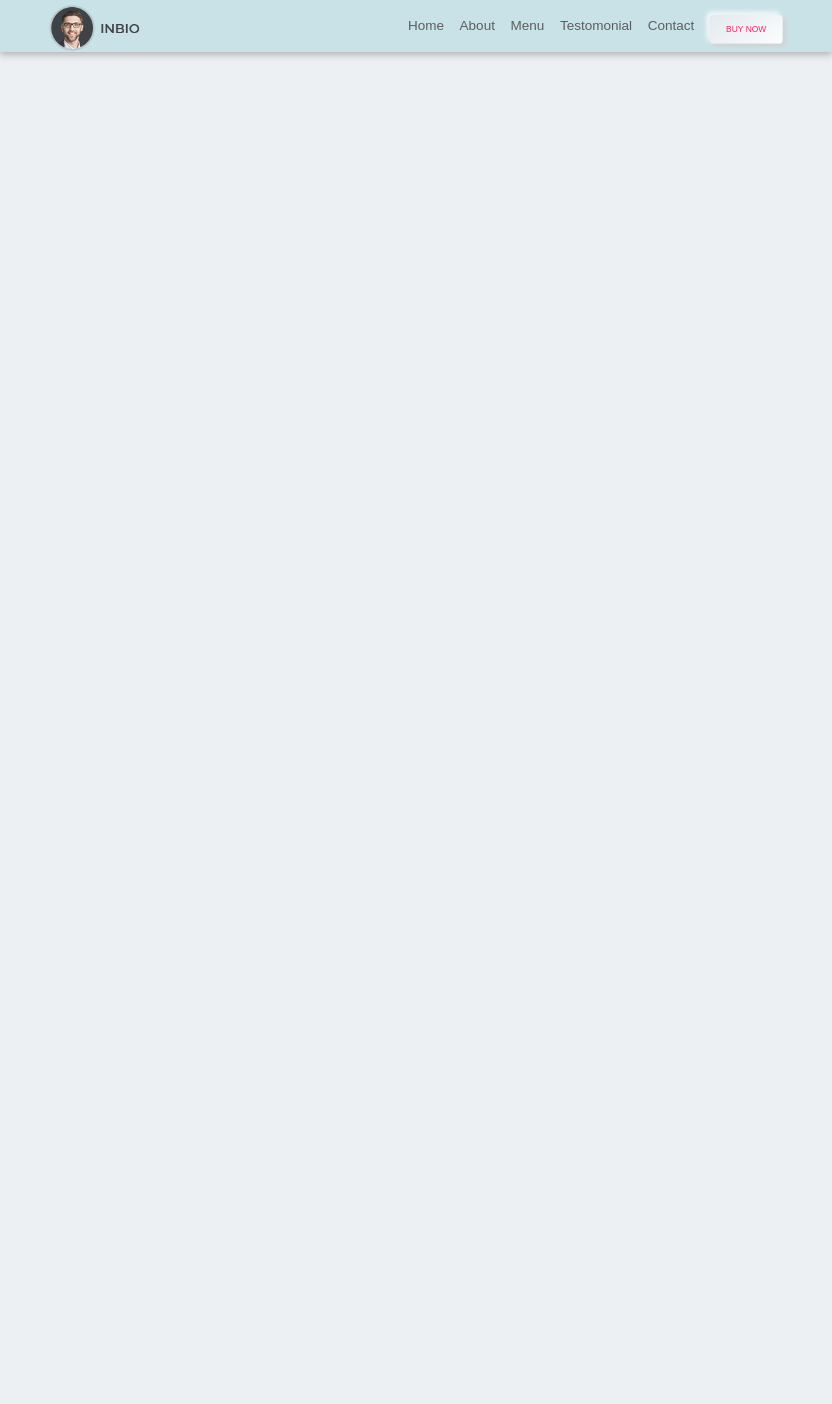
Repository: Sanjayjangra88/PortFolio
Page: /
These files come from the project's save history. The page is drawn as it stood at one moment and after the next save; the edit follows.
The browser window is 1280 px wide. The pictures show the whole page, at 65% of full size.
Some web libraries are served in a nearby version. The project was rebuilt for these pictures with package versions that can differ from the ones it lists, and the page was loaded fresh each time. Imported but missing from the stored project, and not drawn on this page: src/Components/Header/Navbar.

Above is the page before, as saved 2022-09-10 17:50:41.

### public/index.html
<!DOCTYPE html>
<html lang="en">
  <head>
    <meta charset="utf-8" />
    <link rel="icon" href="%PUBLIC_URL%/favicon.ico" />
    <meta name="viewport" content="width=device-width, initial-scale=1" />
    <meta name="theme-color" content="#000000" />
    <meta
      name="description"
      content="Web site created using create-react-app"
    />
    <link rel="apple-touch-icon" href="%PUBLIC_URL%/logo192.png" />
    <!--
      manifest.json provides metadata used when your web app is installed on a
      user's mobile device or desktop. See https://developers.google.com/web/fundamentals/web-app-manifest/
    -->
    <link rel="manifest" href="%PUBLIC_URL%/manifest.json" />
    <link rel="stylesheet" href="https://cdnjs.cloudflare.com/ajax/libs/font-awesome/6.1.1/css/all.min.css" integrity="sha512-KfkfwYDsLkIlwQp6LFnl8zNdLGxu9YAA1QvwINks4PhcElQSvqcyVLLD9aMhXd13uQjoXtEKNosOWaZqXgel0g==" crossorigin="anonymous" referrerpolicy="no-referrer" />

    <!--
      Notice the use of %PUBLIC_URL% in the tags above.
      It will be replaced with the URL of the `public` folder during the build.
      Only files inside the `public` folder can be referenced from the HTML.

      Unlike "/favicon.ico" or "favicon.ico", "%PUBLIC_URL%/favicon.ico" will
      work correctly both with client-side routing and a non-root public URL.
      Learn how to configure a non-root public URL by running `npm run build`.
    -->

    <link rel="manifest" href="%PUBLIC_URL%/manifest.json" />
    <link href="https://cdn.jsdelivr.net/npm/bootstrap@5.0.2/dist/css/bootstrap.min.css" rel="stylesheet" integrity="sha384-EVSTQN3/azprG1Anm3QDgpJLIm9Nao0Yz1ztcQTwFspd3yD65VohhpuuCOmLASjC" crossorigin="anonymous">
    <title>React App</title>
  </head>
  <body>
    <noscript>You need to enable JavaScript to run this app.</noscript>
    <div id="root"></div>
    <script src="https://kit.fontawesome.com/7578c5a215.js" crossorigin="anonymous"></script>
    <!--
      This HTML file is a template.
      If you open it directly in the browser, you will see an empty page.

      You can add webfonts, meta tags, or analytics to this file.
      The build step will place the bundled scripts into the <body> tag.

      To begin the development, run `npm start` or `yarn start`.
      To create a production bundle, use `npm run build` or `yarn build`.
    -->

    <script src="https://cdn.jsdelivr.net/npm/@popperjs/core@2.9.2/dist/umd/popper.min.js" integrity="sha384-IQsoLXl5PILFhosVNubq5LC7Qb9DXgDA9i+tQ8Zj3iwWAwPtgFTxbJ8NT4GN1R8p" crossorigin="anonymous"></script>
<script src="https://cdn.jsdelivr.net/npm/bootstrap@5.0.2/dist/js/bootstrap.min.js" integrity="sha384-cVKIPhGWiC2Al4u+LWgxfKTRIcfu0JTxR+EQDz/bgldoEyl4H0zUF0QKbrJ0EcQF" crossorigin="anonymous"></script>
  </body>
</html>

### src/App.js
import React from 'react'
import Header from './Components/Header/Header';
import "./App.css"

import Navbar from './Components/Header/Navbar';

const App = () => {
  return (
    <>
      <Header/>
      {/* <Navbar/> */}
    </>
  )
}

export default App

### src/Components/Header/Header.jsx
import React, { useState } from "react"
import "./header.css"
import logo from "../Pic/logo.png"

const Header = () => {
return (
    <>
      {/* <header className='header'>
        <div className='container d_flex'>
          <div className='logo'>
            <img src={logo} alt='' />
          </div>

          <div className='navlink'>
            <ul className="nav-links-mobile">
              <li>
                <a href='#home'>home</a>
              </li>
              <li>
                <a href='#features'>features</a>
              </li>
              <li>
                <a href='#portfolio'>portfolio</a>
              </li>
              <li>
                <a href='#resume'>resume</a>
              </li>
              <li>
                <a href='#clients'>clients</a>
              </li>
              <li>
                <a href='#blog'>blog</a>
              </li>
              <li>
                <a href='#contact'>contact</a>
              </li>
              <li>
                <button className='home-btn'>BUY NOW</button>
              </li>
            </ul>


          </div>
        </div>
      </header> */}
        <nav className='navbar'>
        <div className='navbar-container container'>
            <input type="checkbox"name=""id=""/>
            <div className="hamburger-lines">
                <span className='line line1'></span>
                <span className='line line2'></span>
                <span className='line line3'></span>
            </div>
            <ul className='menu-items'>
                <li><a href='#'>Home</a></li>
                <li><a href='#'>About</a></li>
                <li><a href='#'>Menu</a></li>
                <li><a href='#'>Testomonial</a></li>
                <li><a href='#'>Contact</a></li>
                <li><button className='home-btn'>BUY NOW</button></li>

            </ul>
            <h1 className='logo'><img src={logo} alt='my' /></h1>

        </div>
        </nav>
      <section className="demo"></section>
    </>
  )
}

export default Header

### src/App.css
@import url('https://fonts.googleapis.com/css2?family=Dancing+Script&family=EB+Garamond:ital,wght@1,500&family=Roboto+Slab:wght@300&display=swap');
* {
  padding: 0;
  margin: 0;
  box-sizing: border-box;
}
html {
  scroll-behavior: smooth;
}
body {
  font-family: "Poppins", sans-serif;
  background-color: #ecf0f3;
}
.container {
  max-width: 95%;
  margin: auto;
}
.d_flex {
  display: flex;
  justify-content: space-between;
}
.f_flex {
  display: flex;
}
a {
  text-decoration: none;
  color: black;
}
li {
  list-style: none;
}
.uppercase {
  text-transform: uppercase;
}
.capitalize {
  text-transform: capitalize;
}

button {
  border: none;
  outline: none;
  background-color: none;
}

.btn_shadow {
  padding: 18px 25px;
  border-radius: 6px;
  transition: 0.3s all ease;
  cursor: pointer;
  color: #000;
  transition: 0.5s;
}
.btn_shadow {
  background: linear-gradient(145deg, #e2e8ec, #ffffff);
  box-shadow: 4px 4px 8px #cbcbcb, -4px -4px 8px #ffffff;
}
.btn_shadow:hover {
  background: #ff014f;
  color: white;
  transform: translateY(-10px);
}
.box_shodow {
  background: linear-gradient(145deg, #e2e8ec, #ffffff);
  box-shadow: 4px 4px 8px #cbcbcb, -4px -4px 8px #ffffff;
  border-radius: 10px;
}
.row,
.left,
.right {
  width: 50%;
}
.top {
  margin-top: 80px;
}
.mtop {
  margin-top: 40px;
}
.heading {
  margin: 50px 0 50px 0;
}
.heading h4 {
  color: #ff014f;
  letter-spacing: 2px;
  font-weight: 400;
}
.heading h1 {
  font-size: 60px;
  color: #3c3e41;
}
h1 {
  color: #3c3e41;
}
.grid {
  display: grid;
  grid-template-columns: repeat(3, 1fr);
  grid-gap: 35px;
}
p {
  color: #3c3e41;
}
.text-center {
  text-align: center;
}
.primary_color {
  color: #ff014f;
}
textarea,
input {
  width: 100%;
  padding: 20px;
  border-radius: 5px;
  outline: none;
  border: 3px solid #e2e8ec;
  margin-bottom: 20px;
}
/*----------Footer---------*/
footer {
  margin: 20% 0 10% 0;
}
footer p {
  margin-top: 30px;
}
/*----------Footer---------*/
@media (max-width: 768px) {
  .grid {
    grid-template-columns: repeat(2, 1fr);
  }
  .left,
  .right {
    width: 100%;
  }
  }

### src/Components/Header/header.css

*,
*::after,
*::before{
    box-sizing: border-box;
    padding: 0;
    margin: 0;
}

.html{
    font-size: 62.5%;
}

.navbar input[type="checkbox"],
.navbar .hamburger-lines{
    display: none;
}

.container{
    max-width: 1200px;
    width: 90%;
    margin: auto;
}

.navbar{
    box-shadow: 0px 5px 10px 0px #aaa;
    position: fixed;
    width: 100%;
    background: #c4e0e5;
    color: #000;
    opacity: 0.85;
    z-index: 100;
}

.navbar-container{
    display: flex;
    justify-content: space-between;
    height: 64px;
    align-items: center;
}

.menu-items{
    margin-top: 15px;
    order: 2;
    display: flex;
}
.logo{
    order: 1;
    font-size: 2.3rem;
    margin-bottom: 5px;
}

.menu-items li{
    list-style: none;
    margin-left: 1.5rem;
    font-size: 1.3rem;
}

.navbar a{
    color: #444;
    text-decoration: none;
    font-weight: 500;
    transition: color 0.3s ease-in-out;
}

.navbar a:hover{
    color: #117964;
}
.home-btn:hover {
  background: #ff014f;
  color: white;
}


.home-btn {
  padding: 18px 25px;
  height: 1vh;
  line-height: 1vh;
  font-size: 13px;
  border-radius: 6px;
  transition: 0.3s all ease;
  cursor: pointer;
  height: fit-content;
  color: #ff014f;

}
.home-btn {
  background: linear-gradient(145deg, #e2e8ec, #ffffff);
  box-shadow: 4px 4px 8px #cbcbcb, -4px -4px 8px #ffffff;
}
navbar {
  transition: 0.5s;
  font-size: 13px;
  font-weight: 500;
  letter-spacing: 2px;
}





@media (max-width: 900px){
    .navbar{
        opacity: 0.95;
    }

    .navbar-container input[type="checkbox"],
    .navbar-container .hamburger-lines{
        display: block;
    }

    .navbar-container{
        display: block;
        position: relative;
        height: 64px;
    }

    .navbar-container input[type="checkbox"]{
        position: absolute;
        display: block;
        height: 32px;
        width: 30px;
        top: 20px;
        left: 20px;
        z-index: 5;
        opacity: 0;
        cursor: pointer;
    }

    .navbar-container .hamburger-lines{
        display: block;
        height: 28px;
        width: 35px;
        position: absolute;
        top: 20px;
        left: 20px;
        z-index: 2;
        display: flex;
        flex-direction: column;
        justify-content: space-between;
    }

    .navbar-container .hamburger-lines .line{
        display: block;
        height: 4px;
        width: 100%;
        border-radius: 10px;
        background: #333;
    }

    .navbar-container .hamburger-lines .line1{
        transform-origin: 0% 0%;
        transition: transform 0.3s ease-in-out;
    }

    .navbar-container .hamburger-lines .line2{
        transition: transform 0.2s ease-in-out;
    }

    .navbar-container .hamburger-lines .line3{
        transform-origin: 0% 100%;
        transition: transform 0.3s ease-in-out;
    }

    .navbar .menu-items{
        padding-top: 100px;
        background: #fff;
        height: 100vh;
        max-width: 300px;
        transform: translate(-150%);
        display: flex;
        flex-direction: column;
        margin-left: -40px;
        padding-left: 40px;
        transition: transform 0.5s ease-in-out;
        box-shadow:  5px 0px 10px 0px #aaa;
        overflow: scroll;
    }

    .navbar .menu-items li{
        margin-bottom: 1.8rem;
        font-size: 1.1rem;
        font-weight: 500;
    }

    .logo{
        position: absolute;
        top: 10px;
        right: 15px;
        font-size: 2.5rem;

    }

    .navbar-container input[type="checkbox"]:checked ~ .menu-items{
        transform: translateX(0);
    }

    .navbar-container input[type="checkbox"]:checked ~ .hamburger-lines .line1{
        transform: rotate(45deg);
    }

    .navbar-container input[type="checkbox"]:checked ~ .hamburger-lines .line2{
        transform: scaleY(0);
    }

    .navbar-container input[type="checkbox"]:checked ~ .hamburger-lines .line3{
        transform: rotate(-45deg);
    }
    .home-btn:hover {
      background: #ff014f;
      color: white;

    }


    .home-btn {
      padding: 18px 25px;
      height: 1vh;
      line-height: 1vh;
      font-size: 13px;
      border-radius: 6px;
      transition: 0.3s all ease;
      cursor: pointer;
      height: fit-content;
      color: #ff014f;
      margin-right: 25px;

    }
    .home-btn {
      background: linear-gradient(145deg, #e2e8ec, #ffffff);
      box-shadow: 4px 4px 8px #cbcbcb, -4px -4px 8px #ffffff;
    }

}

@media (max-width: 500px){
    .navbar-container input[type="checkbox"]:checked ~ .logo{
        display: none;
    }
}
.demo{
  height: 300vh;
}

Loaded but not shown: src/index.js (common file); src/index.css (common file); src/reportWebVitals.js (common file)

After the next save:
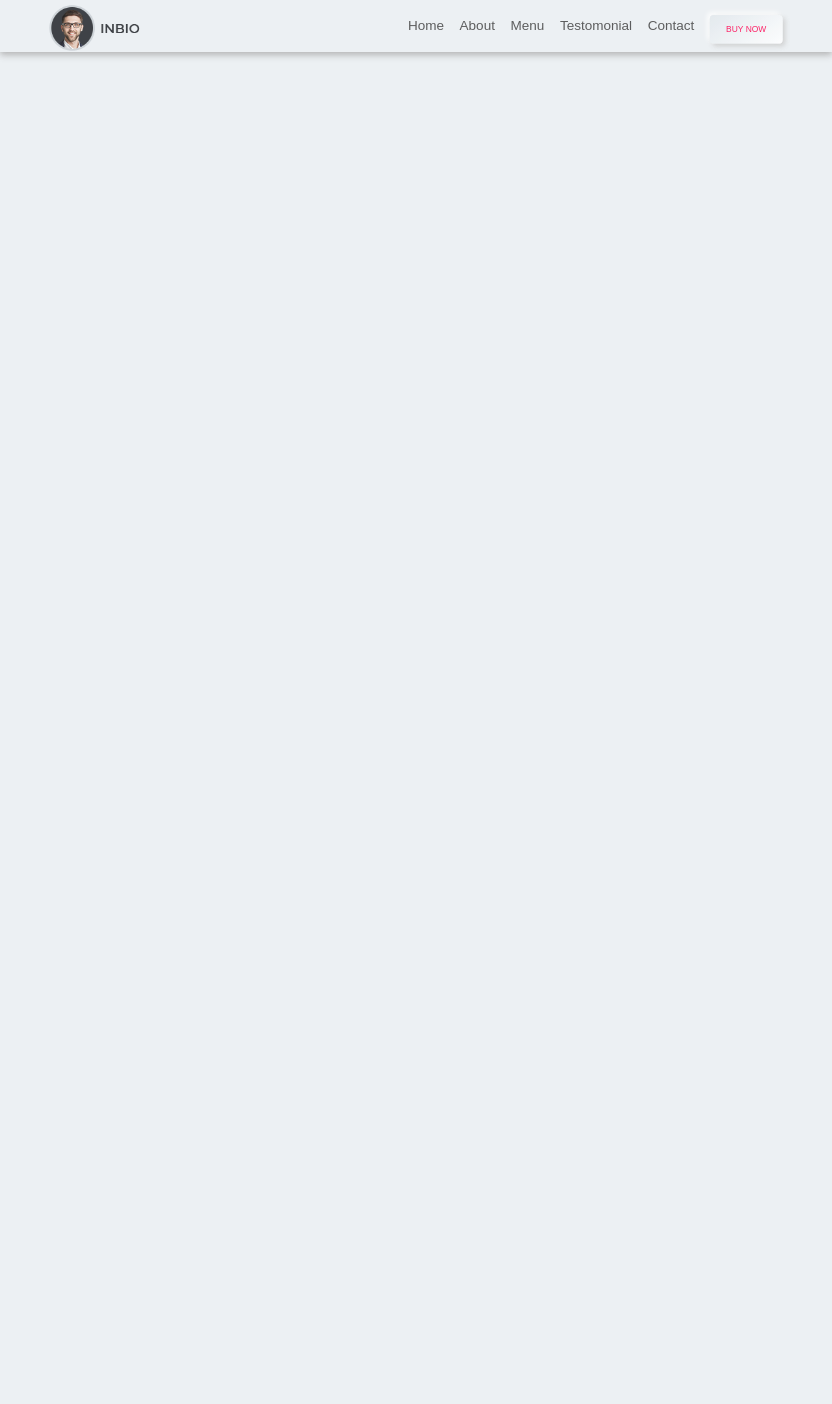
Saved 26 s later.
--- a/src/Components/Header/header.css
+++ b/src/Components/Header/header.css
@@ -26,7 +26,7 @@
     box-shadow: 0px 5px 10px 0px #aaa;
     position: fixed;
     width: 100%;
-    background: #c4e0e5;
+    background: #36d1dc → #5b86e5;
     color: #000;
     opacity: 0.85;
     z-index: 100;
